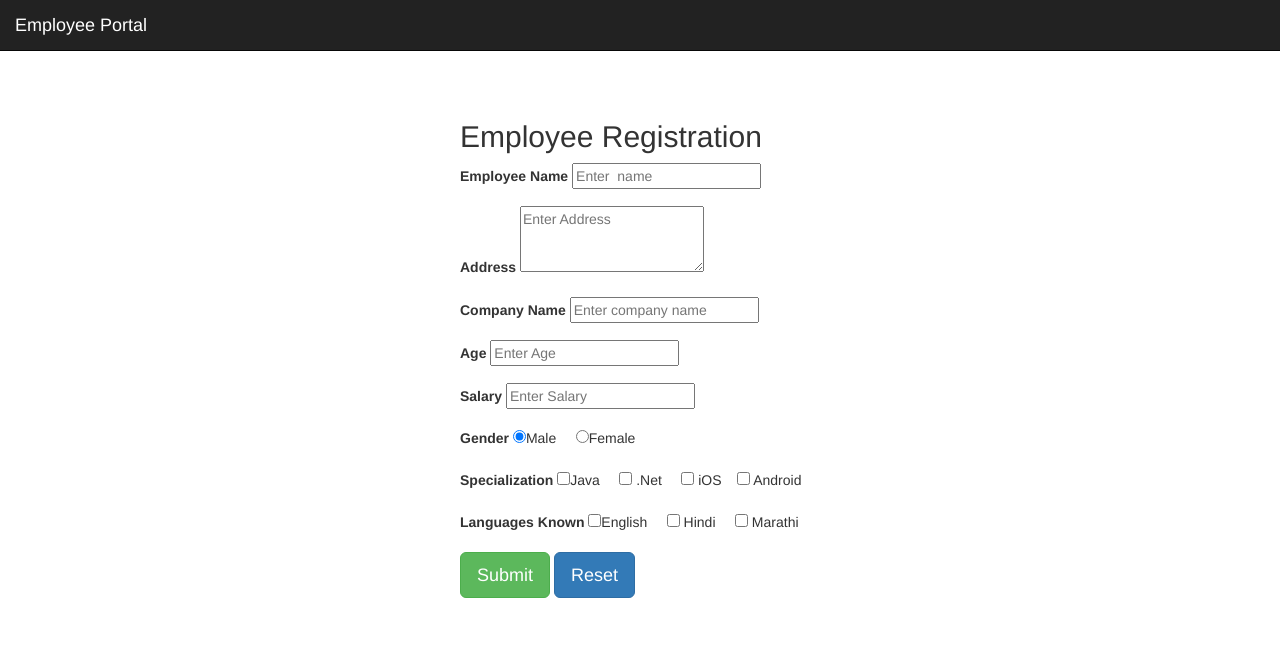
Repository: jagdishpatil18/JavaAdv
Page: http://localhost/EmployeePortal/Employee
These files come from the project's save history. The page is drawn as it stood at one moment and after the next save; the edit follows.
The browser window is 1280 px wide. The pictures show the whole page.
Some web libraries are served in a nearby version. The page is served by Tomcat 9. Other server files are loaded and not shown.

Above is the page before, as saved 2017-05-26 09:45:04.

### EmployeePortal/EmployeePortal/WebContent/newempreg.jsp
<%@ page language="java" contentType="text/html; charset=UTF-8"
    pageEncoding="UTF-8"%>
<!DOCTYPE html PUBLIC "-//W3C//DTD HTML 4.01 Transitional//EN" "http://www.w3.org/TR/html4/loose.dtd">

 <%@ include file = "header.jsp" %>
<%--  <% if(session.getAttribute("userid")!=null) { %>
<li class="hlid"><a href="EmployeeDetails" style="padding-left: 30px">EmployeeDetails</a><br></li>
<%} %>
</ul>
</div>  --%>

<html>
<head>
<meta http-equiv="Content-Type" content="text/html; charset=UTF-8">
 <meta name="viewport" content="width=device-width, initial-scale=1">

<title>EmployeePortal</title>
<link rel="stylesheet" href="https://maxcdn.bootstrapcdn.com/bootstrap/3.3.7/css/bootstrap.min.css">

<!-- jQuery library -->
<script src="https://ajax.googleapis.com/ajax/libs/jquery/3.2.1/jquery.min.js"></script>

<!-- Latest compiled JavaScript -->
<script src="https://maxcdn.bootstrapcdn.com/bootstrap/3.3.7/js/bootstrap.min.js"></script>


<script type="text/javascript">


function validateemp()
{

	var fullname=document.getElementById('ename').value;
	var name = /^[a-zA-Z  ]+$/;

 	if(fullname.length==null ||!name.test(fullname))
 	{
 		alert("Enter Name which contains only alphabets ");
 		return false;

 	}
 	if($('#eadd').val()==null || $('#eadd').val()=="")
  	{
		 alert("Please Enter Address");
		 return false;
     }

 	if($('#cname').val()==null || $('#cname').val()=="")
  	{
		 alert("Please Enter Company name");
		 return false;
     }

 	var eage=document.getElementById('num').value;

 	if($('#num').val()>100 || $('#num').val()<1)
 	{
 		alert("Enter valid age");
 		return false;

 	}
 	var esall=document.getElementById('num1').value;
 	if($('#num1').val()>1000 || $('#num1').val()<0)
 	{
 		alert("Enter valid salary (0-1000)");
 		return false;

 	}

 	var spec=document.empregstn.specialization;
 	for(var i=0;i<spec.length;i++)
 	{
 		if(spec[i].checked)
 			break;
 		else
 		alert("Please select Specialization");
 		return false;
 	}

 	var laung=document.empregstn.language;
 	for(var i=0;i<laung.length;i++)
 	{
 		if(laung[i].checked)
 			break;
 		else
 		alert("Please select Language");
 		return false;
 	}

}

</script>
<style type="text/css">

.container{
margin-top: 100px;
}
th,td{
padding: 12px;
}

</style>
</head>

<body>
<%-- <nav class="navbar navbar-inverse navbar-fixed-top">
	<div class="container-fluid">
		<div class="navbar-header">
			<a class="navbar-brand" >Employee Portal</a>
		</div>
	<!-- 	<div class="collapse navbar-collapse"> -->
		<ul class="nav navbar-nav">
			<%if(session.getAttribute("userid")!=null) {%>
			<li><a href="EmployeeDetails">EmployeeDetails</a></li>
			<%} %>



		</ul>

		<ul class="nav navbar-nav navbar-right">


			<%if(session.getAttribute("userid")!=null){%>
			<li ><form action="Logout" method="post"  class="logout">
            <input id="hlogout" type="submit" value="Logout" class="btn btn-primary">
            <% }%>
		</ul>
	<!-- 	</div> -->
	</div>
	</nav> --%>

<!-- ................................................
<div class="container" 	>
<div class="row">
<div class="col-lg-4 col-md-3 col-sm-2"></div>

<div class="col-lg-4 col-md-6 col-sm-8">
<form action="EmployeeForm"method="post" onsubmit="return validateemp()" class="empreg">
		<h2> Employee Registration</h2>

			<table >
			  <tr>
			   <td><b>Employee Name </b></td>
			   <td><input type="text" id="ename" placeholder="Enter  name" name="name" required></td>
			  </tr>
			<tr>
			<td><b>Address </b></td>
			<td> <textarea  rows="3" id="eadd"  placeholder="Enter Address" name="address" required  ></textarea>
			</td></tr>
			<tr>
			<td><b>Company Name </b></td>
			<td> <input type="text" id="cname" placeholder="Enter company name" name="company" required ></td>
			</tr>
			<tr>
				<td><b>Age</b></td>
				<td><input type="number" id="num"placeholder="Enter Age" name="age" required></td>
			</tr>
			<tr>
				<td><b>Salary</b><br>(in lacs per annum)</td>
				<td><input type="number" id="num1"placeholder="Enter Salary" name="salary" required></td>
			</tr>
			<tr>
			<td><b>Gender</b></td>
			<td><input type="radio" name="gender" value="male"  checked>Male &nbsp &nbsp
				<input type="radio" name="gender" value="female">Female
			</td>
			</tr>
			<tr >
			<td><b>Specialization </b></td>
			<td ><input type="checkbox" id="spe" value="java" name="specialization">Java &nbsp &nbsp
			<input type="checkbox" id="spe"  value=".net" name="specialization"> .Net &nbsp &nbsp
			<input type="checkbox" id="spe"  value="ios" name="specialization"> iOS&nbsp &nbsp
			<input type="checkbox" id="spe"  value="android" name="specialization"> Android &nbsp &nbsp
			</td>
			</tr>

			<tr>
			<td><b>Languages Known</b></td>
			<td><input type="checkbox" name="language" value="English" >English &nbsp &nbsp
			<input type="checkbox" name="language" value="Hindi"> Hindi &nbsp &nbsp
			<input type="checkbox" name="language" value="Marathi"> Marathi &nbsp &nbsp
			</td>
			</tr>
			<tr><td><td><input type="submit" value="Submit"  class="btn btn-success btn-lg" >

				<input type="Reset"  value="Reset"  class="btn btn-primary btn-lg"></td></td>
			</tr>
		</table>


	</form>
</div>

<div class="col-lg-4 col-md-3 col-sm-2"></div>

</div>
</div>
</body>
</html>

........................
 -->


<div class="container">
<div class="row">
<div class="col-lg-4 col-md-3">
</div>
<div class="col-lg-4 col-md-6 col-sm-12">
<h2> Employee Registration</h2>
  <form action="EmployeeForm"method="post" onsubmit="return validateemp()" class="empreg">


    <div class="form-group">
      <label  >Employee Name</label>
      <input type="text" id="ename" placeholder="Enter  name" name="name" required>
    </div>

    <div class="form-group">
      <label >Address</label>
       <textarea  rows="3" id="eadd"  placeholder="Enter Address" name="address" required  ></textarea>
    </div>

    <div class="form-group">
      <label  >Company Name</label>
     <input type="text" id="cname" placeholder="Enter company name" name="company" required >
    </div>
     <div class="form-group">
      <label >Age</label>
      <input type="number" id="num"placeholder="Enter Age" name="age" required>
    </div>
    <div class="form-group">
      <label >Salary</label>
      <input type="number" id="num1"placeholder="Enter Salary" name="salary" required>
    </div>
    <div class="form-group">
      <label >Gender</label>
      <input type="radio" name="gender" value="male"  checked>Male &nbsp &nbsp
				<input type="radio" name="gender" value="female">Female
    </div>

    <div class="form-group">
      <label >Specialization</label>
     <input type="checkbox" id="spe" value="java" name="specialization">Java &nbsp &nbsp
			<input type="checkbox" id="spe"  value=".net" name="specialization"> .Net &nbsp &nbsp
			<input type="checkbox" id="spe"  value="ios" name="specialization"> iOS&nbsp &nbsp
			<input type="checkbox" id="spe"  value="android" name="specialization"> Android &nbsp &nbsp
    </div>
    <div class="form-group">
      <label >Languages Known</label>
      <input type="checkbox" name="language" value="English" >English &nbsp &nbsp
			<input type="checkbox" name="language" value="Hindi"> Hindi &nbsp &nbsp
			<input type="checkbox" name="language" value="Marathi"> Marathi &nbsp &nbsp
    </div>







   <div class="form-group">
    <input type="submit" value="Submit"  class="btn btn-success btn-lg" >
	<input type="Reset"  value="Reset"  class="btn btn-primary btn-lg">
	</div>

  </form>
</div>
</div>
<div class="col-lg-4 col-md-3 col-sm-2">
</div>
</div>
</body>
</html>

### EmployeePortal/EmployeePortal/WebContent/header.jsp
<%@ page language="java" contentType="text/html; charset=UTF-8"
    pageEncoding="UTF-8"%>
<!DOCTYPE html PUBLIC "-//W3C//DTD HTML 4.01 Transitional//EN" "http://www.w3.org/TR/html4/loose.dtd">
<html>
<head>
<meta http-equiv="Content-Type" content="text/html; charset=UTF-8">
 <meta name="viewport" content="width=device-width, initial-scale=1">

<title>EmployeePortal</title>
<link rel="stylesheet" href="https://maxcdn.bootstrapcdn.com/bootstrap/3.3.7/css/bootstrap.min.css">

<!-- jQuery library -->
<script src="https://ajax.googleapis.com/ajax/libs/jquery/3.2.1/jquery.min.js"></script>

<!-- Latest compiled JavaScript -->
<script src="https://maxcdn.bootstrapcdn.com/bootstrap/3.3.7/js/bootstrap.min.js"></script>


</head>
<body>
	<nav class="navbar navbar-inverse navbar-fixed-top">
	<div class="container-fluid">
		<div class="navbar-header">
			<a class="navbar-brand" >Employee Portal</a>
		</div>
	<!-- 	<div class="collapse navbar-collapse"> -->
		<ul class="nav navbar-nav">
			<%if(session.getAttribute("userid")!=null) {%>
			<li><a href="EmployeeDetails">EmployeeDetails</a></li>
			<%} %>



		</ul>

		<ul class="nav navbar-nav navbar-right">
			<%-- <%if(session.getAttribute("userid")==null){ %>
			<li><a href="signup"><span class="glyphicon glyphicon-user"></span>Sign Up</a></li>

			<%} %>
			<%if(session.getAttribute("userid")==null){ %>
			<li><a href="login"><span class="glyphicon glyphicon-log-in"></span>Login</a></li>
			<%} %> --%>

			<%if(session.getAttribute("userid")!=null){%>
<!-- 			<li class="hli" style="float: right "><form action="Logout" method="post"  class="logout">
<input id="hlogout" type="submit" value="Logout" class="btn btn-primary">  -->
			<li><a href="Logout">Logout</a></li>
			<% }%>
		</ul>
	<!-- 	</div> -->
	</div>
	</nav>
</body>

### EmployeePortal/EmployeePortal/src/com/bridgelab/employeeportal/Employee.java
package com.bridgelab.employeeportal;

import java.io.IOException;
import java.io.PrintWriter;

import javax.servlet.ServletException;
import javax.servlet.annotation.WebServlet;
import javax.servlet.http.HttpServlet;
import javax.servlet.http.HttpServletRequest;
import javax.servlet.http.HttpServletResponse;


@WebServlet("/Employee")
public class Employee extends HttpServlet {
	private static final long serialVersionUID = 1L;



	protected void doGet(HttpServletRequest request, HttpServletResponse response) throws ServletException, IOException
	{
		response.setContentType("text/html");
		PrintWriter printWriter=response.getWriter();
		request.getRequestDispatcher("newempreg.jsp").forward(request, response);
	}


}

After the next save:
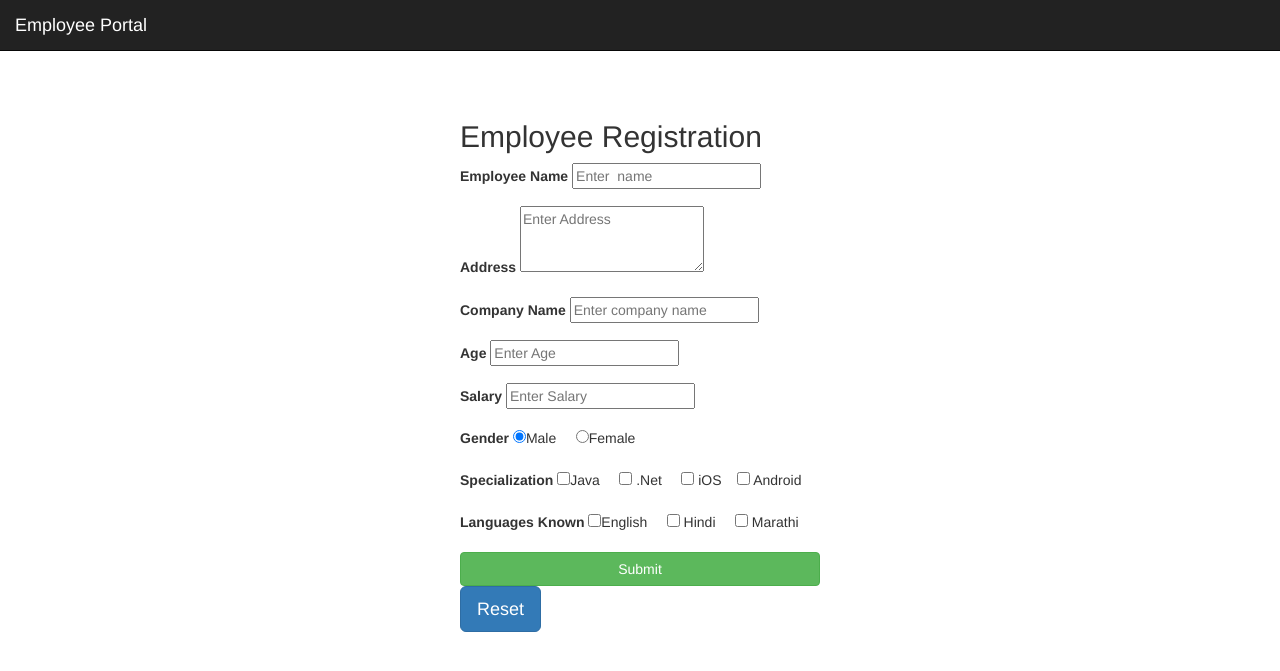
Saved 31 s later.
--- a/EmployeePortal/EmployeePortal/WebContent/newempreg.jsp
+++ b/EmployeePortal/EmployeePortal/WebContent/newempreg.jsp
@@ -261,7 +261,7 @@ padding: 12px;
 
 
    <div class="form-group">
-    <input type="submit" value="Submit"  class="btn btn-success btn-lg" >
+    <input type="submit" value="Submit"  class="btn btn-success btn-block" >
 	<input type="Reset"  value="Reset"  class="btn btn-primary btn-lg">
 	</div>
 
